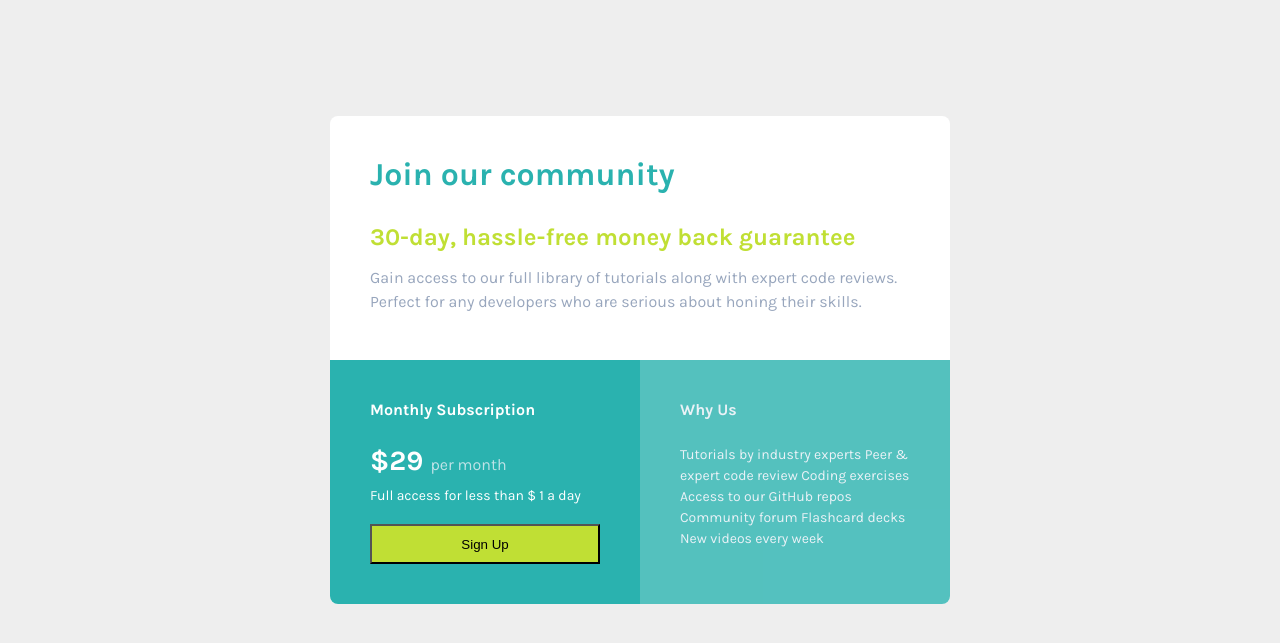
Repository: Akashiii1/WebSingleGrid_Day3
Page: index.html
An editor plug-in stored every save of this project. The page is shown before and after a run of saves, followed by the edit.
The browser window is 1280 px wide. The pictures show the whole page.

Above is the page before, as saved 2021-12-22 02:00:16.

After the next 2 saves:
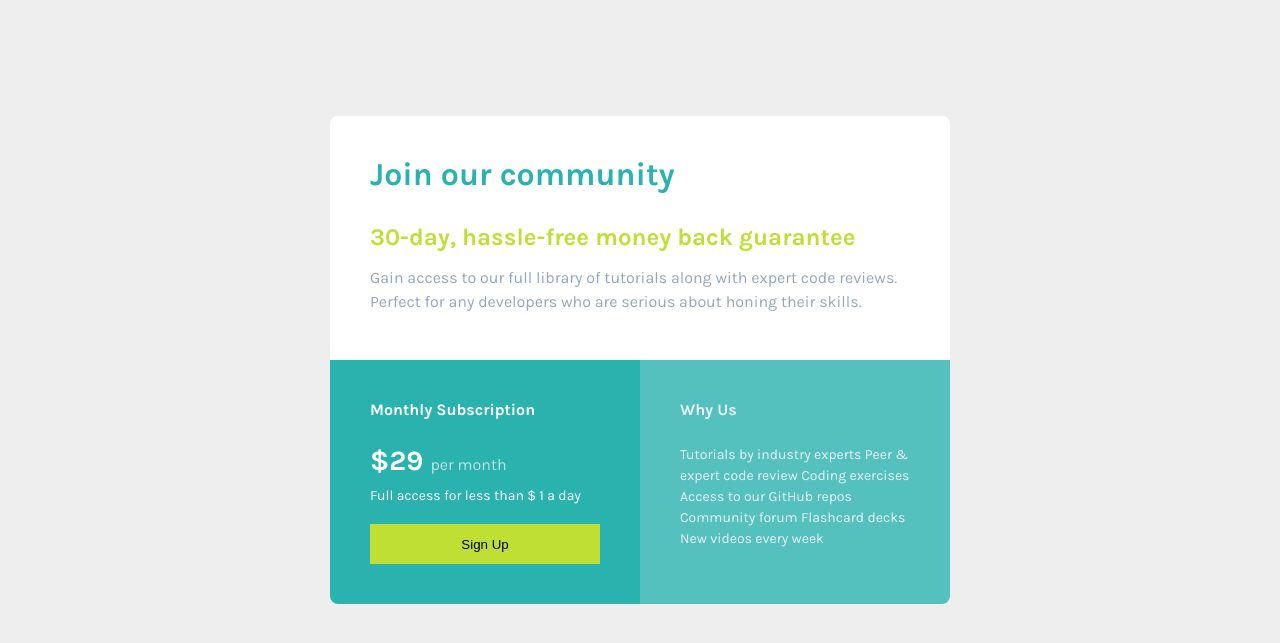
The 2 saves are shown as one change because they came seconds apart.
The last was saved 11 s later.
--- a/style.css
+++ b/style.css
@@ -127,4 +127,7 @@ body{
   width: 100%;
   height: 40px;
   background-color: var(--BrightYellow);
+  border: 0;
+  outline: none;
+
 }
